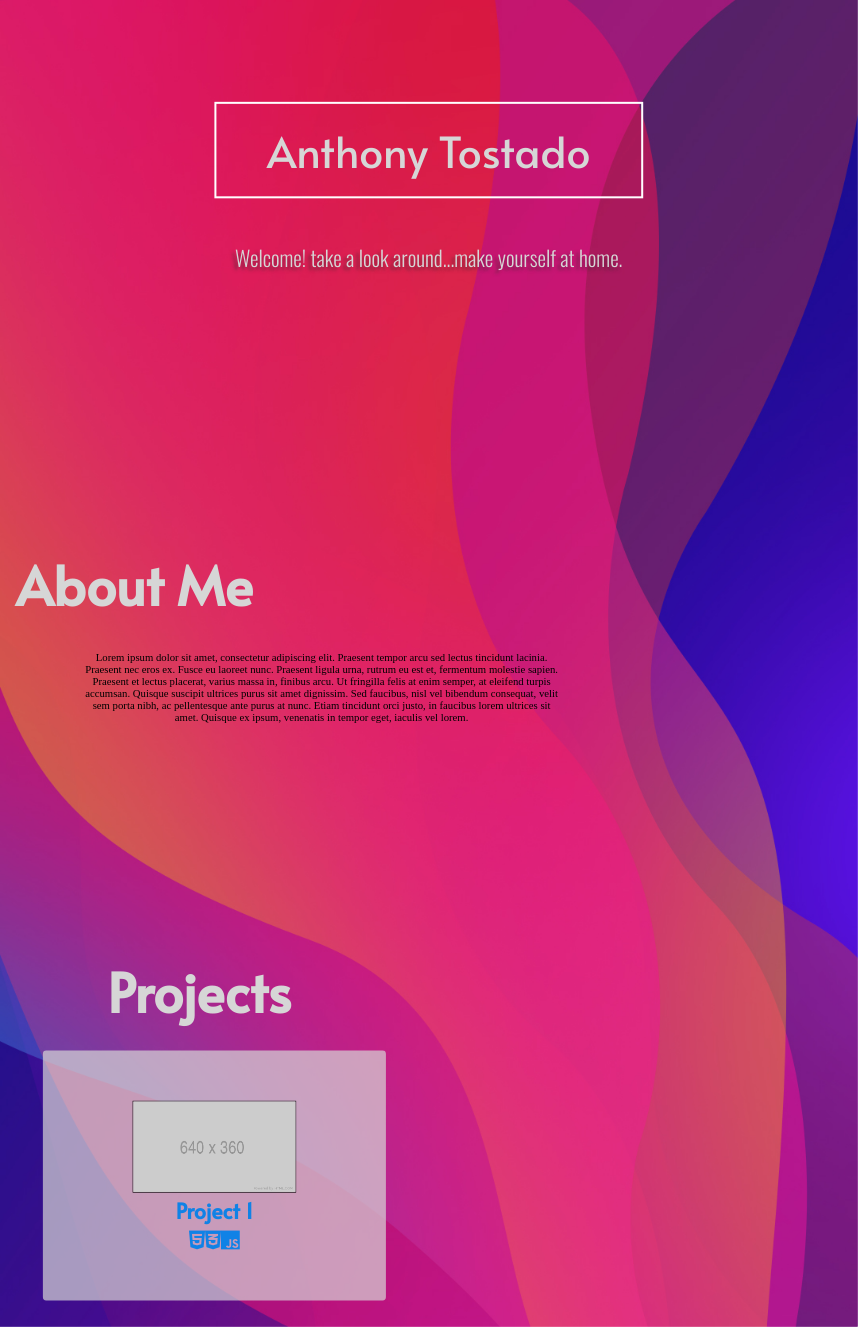
Repository: sloppytony/newport
Page: / (app in portfolio/)
The author's editor kept a copy of each file at every save. The page is drawn from the files as they stood at one save, then again after the next save.
The browser window is 1280 px wide. The pictures show the whole page, at 67% of full size.
Backgrounds fixed to the window are drawn as part of the page. Some web libraries are served in a nearby version. The project was rebuilt for these pictures with package versions that can differ from the ones it lists, and the page was loaded fresh each time.

Above is the page before, as saved 2020-08-23 14:24:18.

### portfolio/public/index.html
<!DOCTYPE html>
<html lang="en">
  <head>
    <meta charset="utf-8" />
    <link rel="icon" href="%PUBLIC_URL%/favicon.ico" />
    <meta name="viewport" content="width=device-width, initial-scale=1" />
    <meta name="theme-color" content="#000000" />
    <meta
      name="description"
      content="Web site created using create-react-app"
    />
    <link rel="apple-touch-icon" href="%PUBLIC_URL%/logo192.png" />
    <!--
      manifest.json provides metadata used when your web app is installed on a
      user's mobile device or desktop. See https://developers.google.com/web/fundamentals/web-app-manifest/
    -->
    <link rel="manifest" href="%PUBLIC_URL%/manifest.json" />
    <!--
      Notice the use of %PUBLIC_URL% in the tags above.
      It will be replaced with the URL of the `public` folder during the build.
      Only files inside the `public` folder can be referenced from the HTML.

      Unlike "/favicon.ico" or "favicon.ico", "%PUBLIC_URL%/favicon.ico" will
      work correctly both with client-side routing and a non-root public URL.
      Learn how to configure a non-root public URL by running `npm run build`.
    -->
    <link
      href="https://fonts.googleapis.com/css2?family=Alata&family=Oswald:wght@300&display=swap"
      rel="stylesheet"
    />
    <script
      src="https://kit.fontawesome.com/9a01f23326.js"
      crossorigin="anonymous"
    ></script>
    <title>React App</title>
  </head>
  <body>
    <noscript>You need to enable JavaScript to run this app.</noscript>
    <div id="root"></div>
    <!--
      This HTML file is a template.
      If you open it directly in the browser, you will see an empty page.

      You can add webfonts, meta tags, or analytics to this file.
      The build step will place the bundled scripts into the <body> tag.

      To begin the development, run `npm start` or `yarn start`.
      To create a production bundle, use `npm run build` or `yarn build`.
    -->
  </body>
</html>

### portfolio/src/index.css
* {
  margin: 0;
  padding: 0;
  box-sizing: border-box;
}

body {
  background-image: url("./img/8_28_orig.png");
  background-size: cover;
  background-attachment: fixed;
}

### portfolio/src/App.js
import React from "react";

import "./App.css";

function App() {
  return (
    <body>
      <div className="everything">
        <div className="section1">
          <h1 className="mainTitle">Anthony Tostado</h1>
          <p className="mainPara">
            Welcome! take a look around...make yourself at home.
          </p>
          <h2 className="scroll">Scroll</h2>
        </div>
        <div className="section2">
          <h1 className="aboutTitle">About Me</h1>
          <p className="aboutPara">
            Lorem ipsum dolor sit amet, consectetur adipiscing elit. Praesent
            tempor arcu sed lectus tincidunt lacinia. Praesent nec eros ex.
            Fusce eu laoreet nunc. Praesent ligula urna, rutrum eu est et,
            fermentum molestie sapien. Praesent et lectus placerat, varius massa
            in, finibus arcu. Ut fringilla felis at enim semper, at eleifend
            turpis accumsan. Quisque suscipit ultrices purus sit amet dignissim.
            Sed faucibus, nisl vel bibendum consequat, velit sem porta nibh, ac
            pellentesque ante purus at nunc. Etiam tincidunt orci justo, in
            faucibus lorem ultrices sit amet. Quisque ex ipsum, venenatis in
            tempor eget, iaculis vel lorem.{" "}
          </p>
        </div>
        <div className="section3">
          <h1 className="projectTitle">Projects</h1>
          <div className="projectContent">
            <div className="card1">
              <img
                className="cardImage"
                src={require("../src/img/640x360.png")}
              ></img>
              <h1 className="cardTitle">Project 1</h1>
              <section className="icons">
                <i class="fab fa-html5 fa-2x"></i>
                <i class="fab fa-css3-alt fa-2x"></i>
                <i class="fab fa-js fa-2x"></i>
              </section>
            </div>
          </div>
        </div>
      </div>
    </body>
  );
}

export default App;

### portfolio/src/App.css
.image {
  width: 100%;
  height: 100%;
}

/*opening page*/
.section1 {
  height: 100vh;
  width: 100%;

  color: rgb(16, 130, 230);
  display: flex;
  justify-content: center;
  align-items: center;
  flex-direction: column;
}

.mainTitle {
  font-family: "Alata", sans-serif;
  font-weight: 100;
  font-size: 400%;
  display: flex;
  justify-content: center;
  align-items: center;
  text-align: center;
  color: rgb(214, 214, 214);

  animation: fadeIn 1.5s;
  border: 3px solid white;
  width: 50%;
  height: 20%;
}

.mainPara {
  font-family: "Oswald", sans-serif;
  font-size: 200%;
  display: flex;
  align-items: center;
  text-align: center;
  color: rgb(214, 214, 214);
  padding: 5%;
  text-shadow: -5px 5px 5px rgba(44, 44, 44, 0.5);
  animation: fadeIn 1.5s;
}

.scroll {
  font-family: "Oswald", sans-serif;
  font-size: 300%;
  padding-bottom: 2%;
  animation: pulse 2.5s infinite;
  color: rgb(214, 214, 214);
}

/*about*/
.section2 {
  height: 75vh;
  width: 75%;
  overflow: hidden;
  display: flex;
  align-items: center;
  justify-content: center;
  flex-direction: column;
}

h1.aboutTitle {
  height: 20%;
  width: 100%;
  margin-left: 5%;
  font-family: "Alata", sans-serif;
  font-size: 500%;
  color: rgb(214, 214, 214);
}

p.aboutPara {
  width: 75%;
  height: 20vh;
  text-align: center;
  margin: 5%;
}

/*projects*/
.section3 {
  height: 100vh;
  width: 100%;

  color: rgb(16, 130, 230);
  display: flex;
  justify-content: center;
  align-items: center;
  flex-direction: column;
}

div.projectContent {
  width: 100%;
}

h1.projectTitle {
  height: 20vh;
  width: 75%;

  font-size: 500%;
  font-family: "Alata", sans-serif;
  color: rgb(214, 214, 214);
}

div.card1 {
  height: 150%;
  width: 40%;
  display: flex;
  justify-content: center;
  align-items: center;
  flex-direction: column;
  background: rgb(214, 214, 214, 0.7);
  border-radius: 5px 5px 5px;
  margin-left: 5%;
  padding: 1%;
}

.cardImage {
  width: 50%;
  border: 1px solid black;
}

h1.cardTitle {
  margin: 1%;
  font-size: 300;
  font-family: "Alata", sans-serif;
}

@keyframes fadeIn {
  from {
    opacity: 0;
  }
  to {
    opacity: 1;
  }
}

@keyframes pulse {
  0% {
    opacity: 0;
  }

  50% {
    opacity: 1;
  }
  100% {
    opacity: 0;
  }
}

Loaded but not shown: portfolio/src/index.js (common file); portfolio/src/serviceWorker.js (common file)

After the next save:
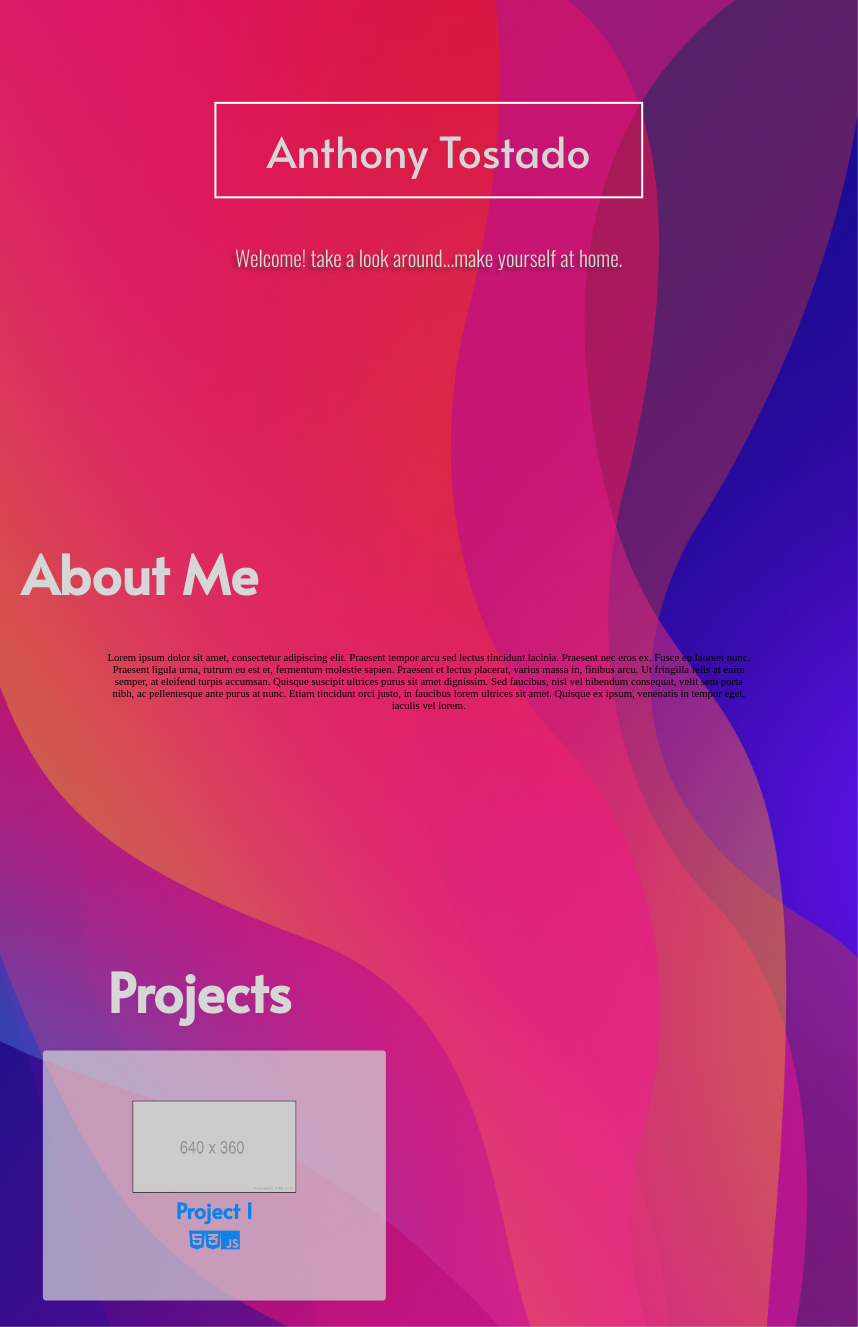
Saved 39 s later.
--- a/portfolio/src/App.css
+++ b/portfolio/src/App.css
@@ -54,7 +54,7 @@
 /*about*/
 .section2 {
   height: 75vh;
-  width: 75%;
+  width: 100%;
   overflow: hidden;
   display: flex;
   align-items: center;
